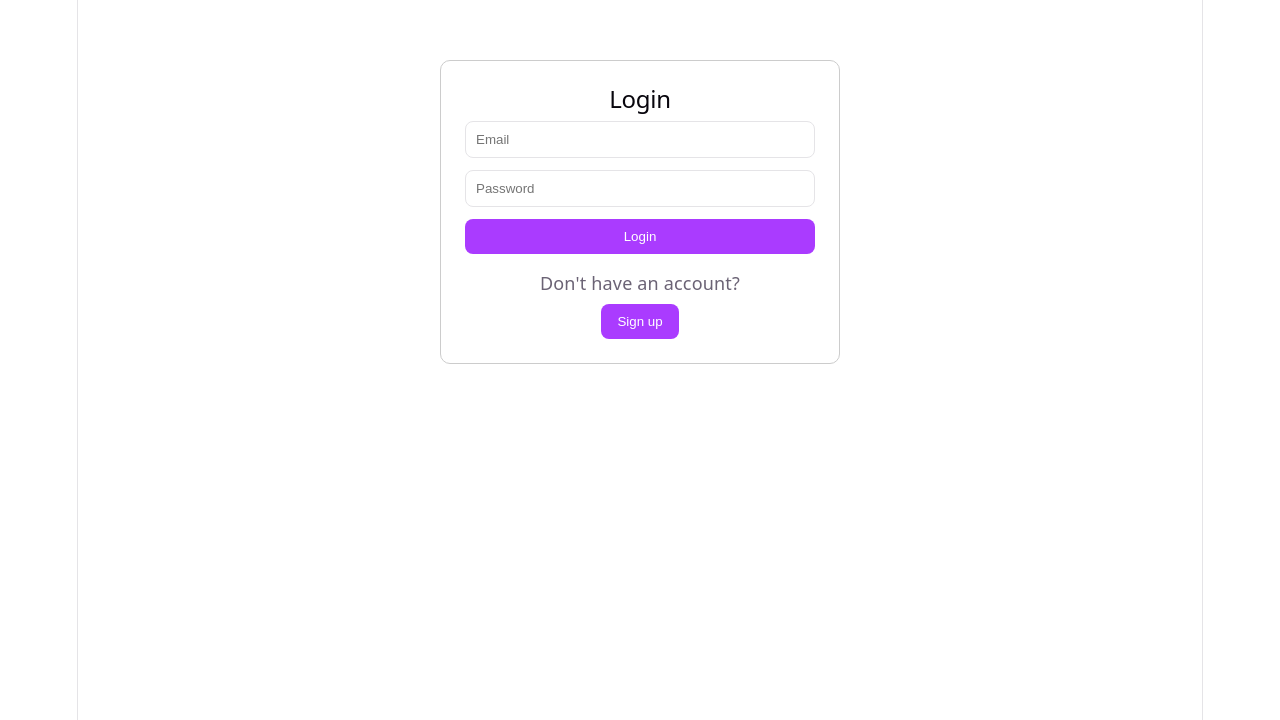
Repository: Tapish19/web
Page: / (app in web-app-main/frontend/client/)
An editor plug-in stored every save of this project. The page is shown before and after the next save, followed by the edit.
The browser window is 1280 px wide. The pictures show the whole page.
The project was rebuilt for these pictures with package versions that can differ from the ones it lists, and the page was loaded fresh each time. Also part of the build but not shown: web-app-main/frontend/client/vite.config.js, web-app-main/frontend/client/src/pages/Signup.jsx, web-app-main/frontend/client/src/pages/Dashboard.jsx, web-app-main/frontend/client/src/pages/Projects.jsx, web-app-main/frontend/client/src/components/Navbar.jsx.

Above is the page before, as saved 2026-05-07 09:00:15.

After the next save:
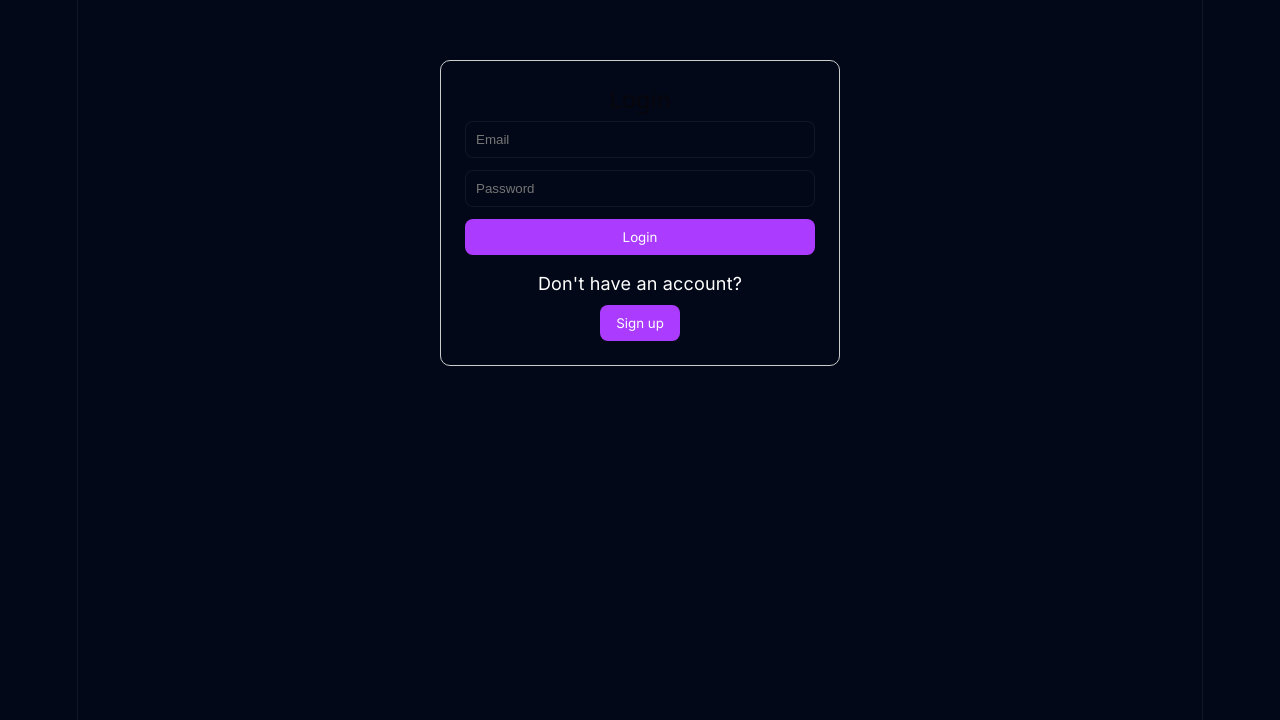
Saved 4 min 0 s later.
--- a/web-app-main/frontend/client/src/App.jsx
+++ b/web-app-main/frontend/client/src/App.jsx
@@ -5,14 +5,17 @@ import {
   Navigate,
 } from "react-router-dom";
 
-import { useEffect, useState } from "react";
+import {
+  useEffect,
+  useState,
+} from "react";
 
 import Login from "./pages/Login";
 import Signup from "./pages/Signup";
 import Dashboard from "./pages/Dashboard";
 import Project from "./pages/Projects";
 
-import Navbar from "./components/Navbar";
+import "./styles.css";
 
 // Protected Route
 const PrivateRoute = ({
@@ -34,8 +37,9 @@ const PrivateRoute = ({
 
 export default function App() {
 
-  const [isAuthenticated,
-    setIsAuthenticated
+  const [
+    isAuthenticated,
+    setIsAuthenticated,
   ] = useState(false);
 
   useEffect(() => {
@@ -52,9 +56,8 @@ export default function App() {
   }, []);
 
   return (
+
     <BrowserRouter>
-
-      <Navbar />
 
       <Routes>
 
@@ -124,5 +127,6 @@ export default function App() {
       </Routes>
 
     </BrowserRouter>
+
   );
 }
